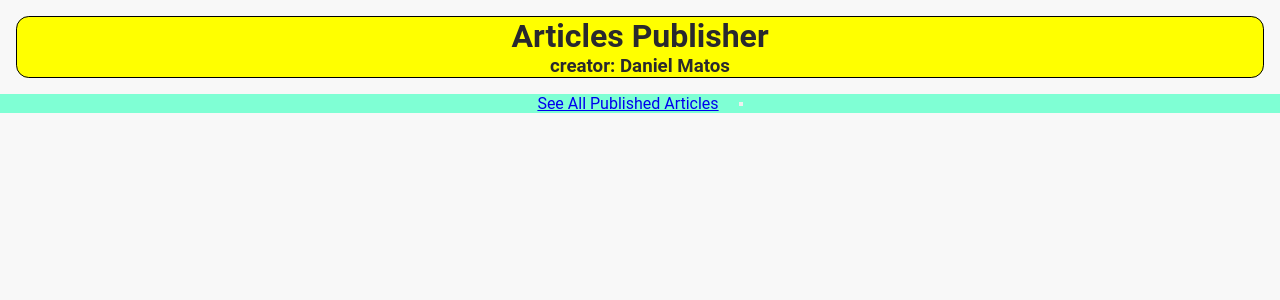
Repository: batmit/publish_articles
Page: /
An editor plug-in stored every save of this project. The page is shown before and after the next save, followed by the edit.
The browser window is 1280 px wide. The pictures show the whole page.
The project was rebuilt for these pictures with package versions that can differ from the ones it lists, and the page was loaded fresh each time. Also part of the build but not shown: src/pages/articles.tsx, src/styles/Home.scss, src/pages/publish_articles.tsx.

Above is the page before, as saved 2021-06-28 22:13:13.

After the next save:
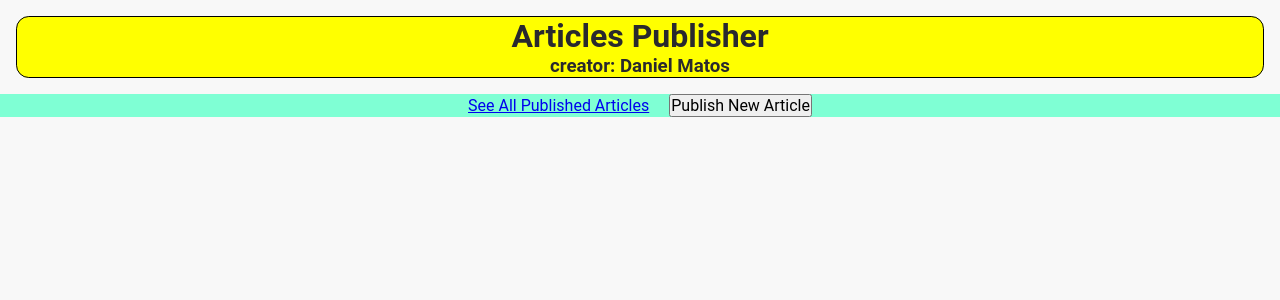
Saved 15 s later.
--- a/src/pages/Home.tsx
+++ b/src/pages/Home.tsx
@@ -18,7 +18,7 @@ export function Home() {
                     <br />
 
                 <button>
-
+                    Publish New Article
                 </button>
 
             </main>
